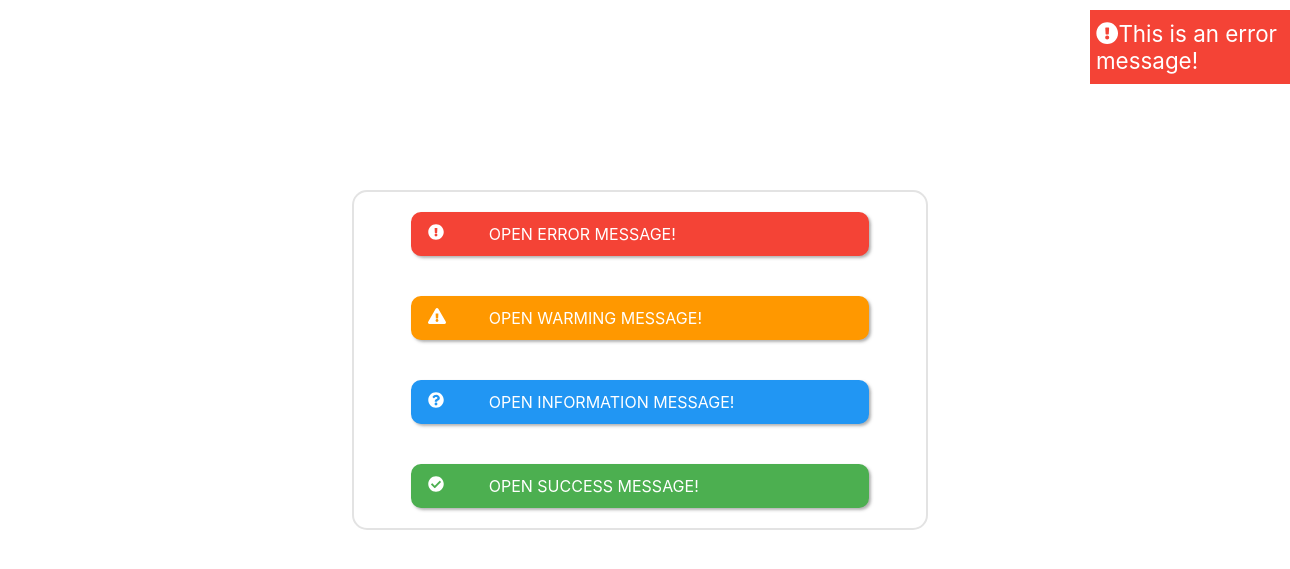
Repository: KrzysKolo/sr_tydzien5_zad2
Page: /, after clicking the first element matching `div.btn`
The author's editor kept a copy of each file at every save. The page is drawn from the files as they stood at one save, then again after the next save.
The browser window is 1280 px wide. The page is 1290 px wide, then 1280 px, so the pictures cover 1290 px, including what lies to the right of the window. The pictures show the whole page.
The project was rebuilt for these pictures with package versions that can differ from the ones it lists, and the page was loaded fresh each time.

Above is the page before, as saved 2020-12-28 04:27:48.

After the next save:
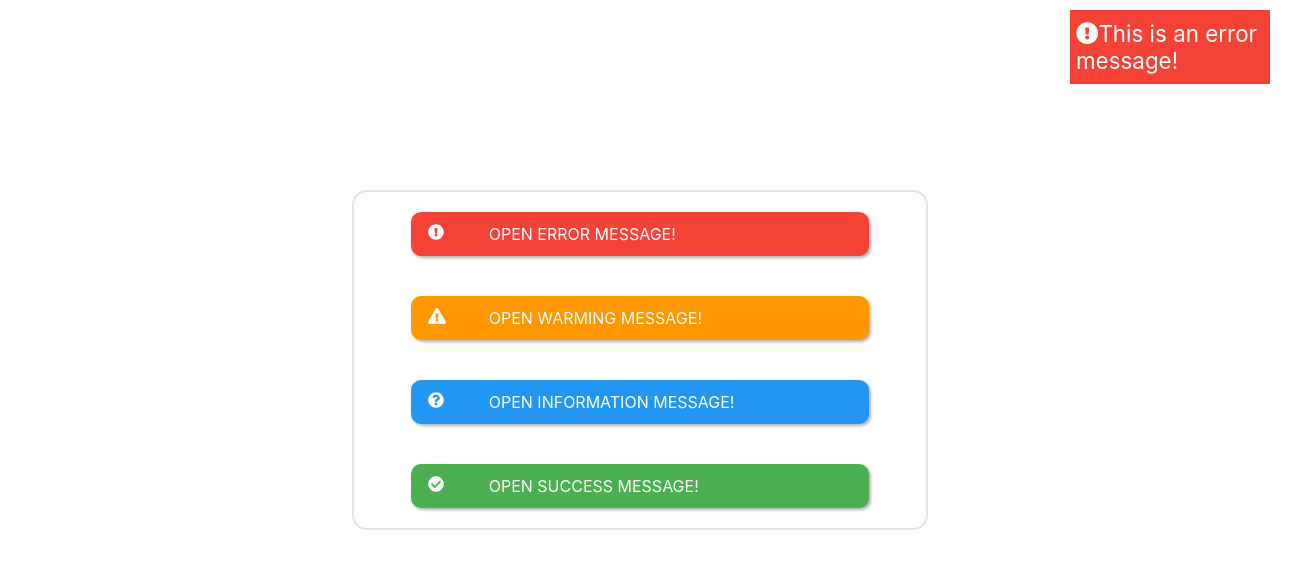
Saved 11 s later.
--- a/src/App.css
+++ b/src/App.css
@@ -59,5 +59,5 @@ body {
 .top-right {
   position: absolute;
   top: 10px;
-  right: -10px;
+  right: 10px;
 }
